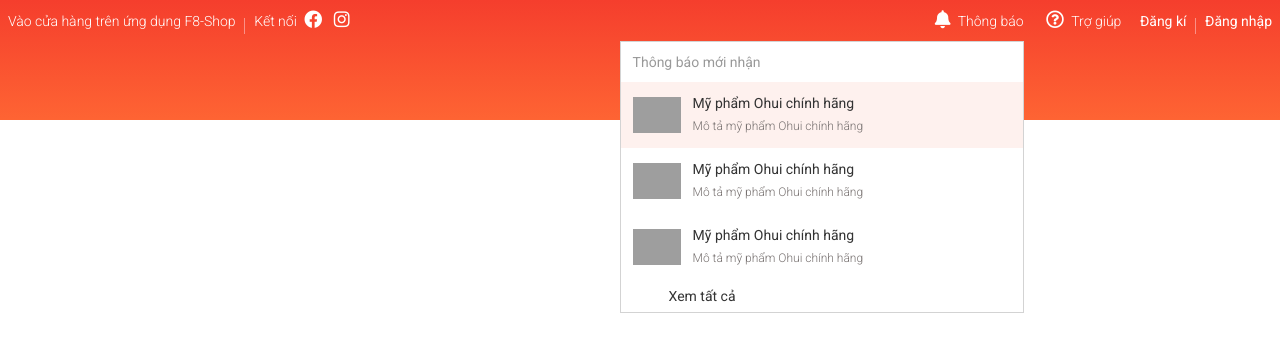
Repository: phunobi1807/shopee
Page: index.html
The author's editor kept a copy of each file at every save. The page is drawn from the files as they stood at one save, then again after the next save.
The browser window is 1280 px wide. The pictures show the whole page.
Pictures or frames that could not be fetched are drawn as grey boxes.

Above is the page before, as saved 2021-06-13 12:31:20.

After the next save:
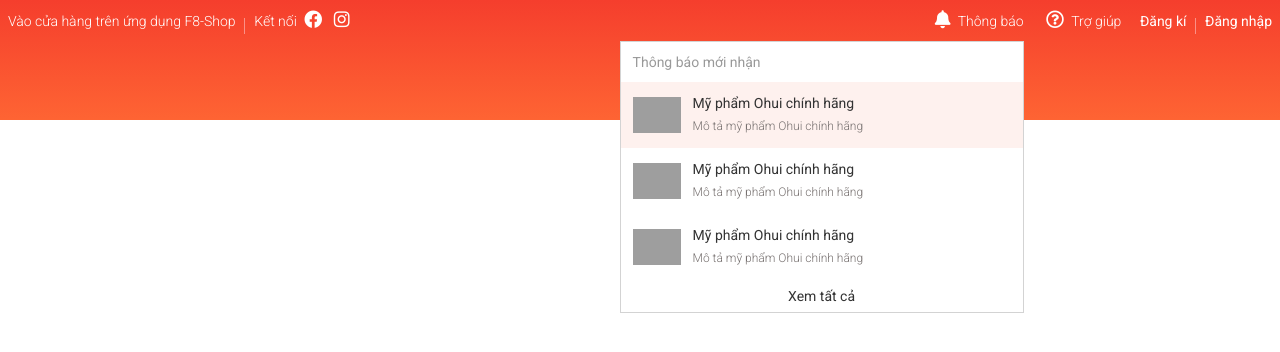
Saved 50 s later.
--- a/assets/css/main.css
+++ b/assets/css/main.css
@@ -200,7 +200,9 @@
 {
     text-decoration: none;
     color: var(--text-color);
-    padding: 8px 48px;
-    font-size: 1.4rem;
-    font-weight: 400;
-}
+    width: 100%;
+    padding: 8px 0px;
+    font-size: 1.4rem;
+    font-weight: 400;
+    text-align: center;
+}
